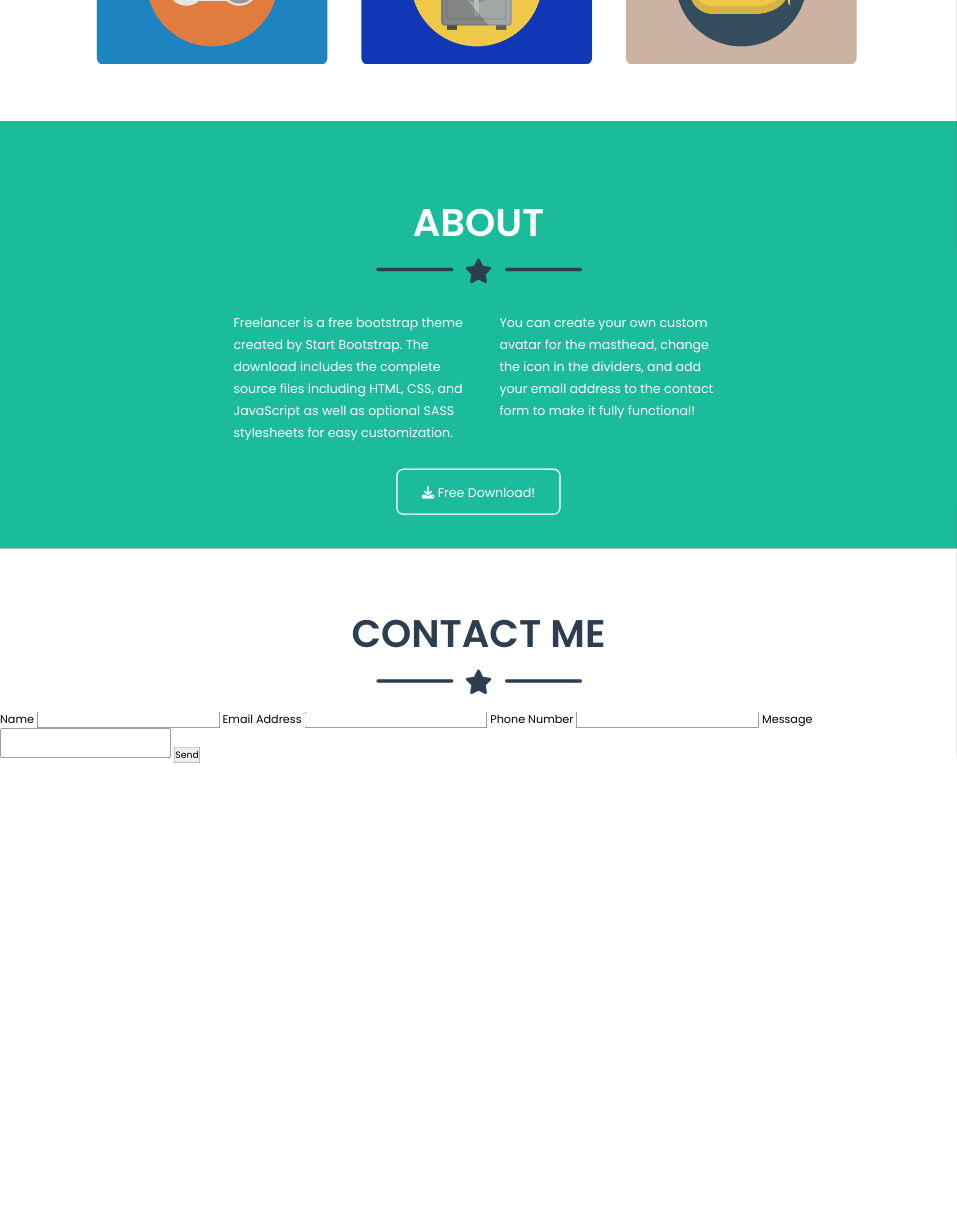
Repository: sSoRaK/web-cut-by-figma_train
Page: bai02/index.html
An editor plug-in stored every save of this project. The page is shown before and after the next save, followed by the edit.
The browser window is 1280 px wide. The page is 1367 px wide, so the pictures cover 1367 px, including what lies to the right of the window. The pictures show the part of the page from y = 1459 to 3219 px (the page is 3219 px tall), at 70% of full size.

Above is the page before, as saved 2023-06-02 14:19:14.

After the next save:
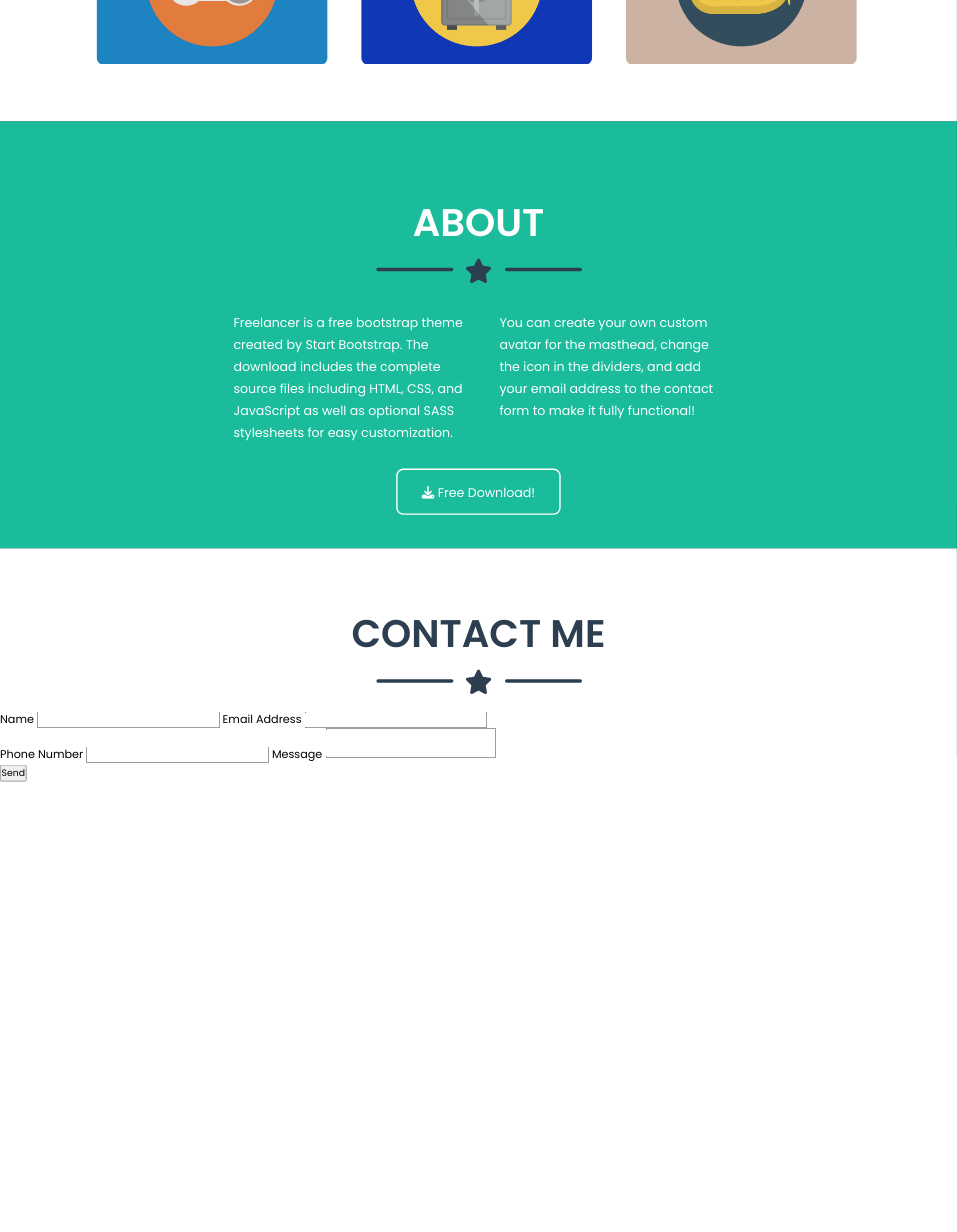
Saved 65 s later.
--- a/bai02/style.css
+++ b/bai02/style.css
@@ -178,6 +178,10 @@ ul li a {
   background-color: #fff;
   padding: 80px 0;
 }
+.form {
+  width: 720px;
+  height: 610px;
+}
 /* block 04 */
 
 /* main */
